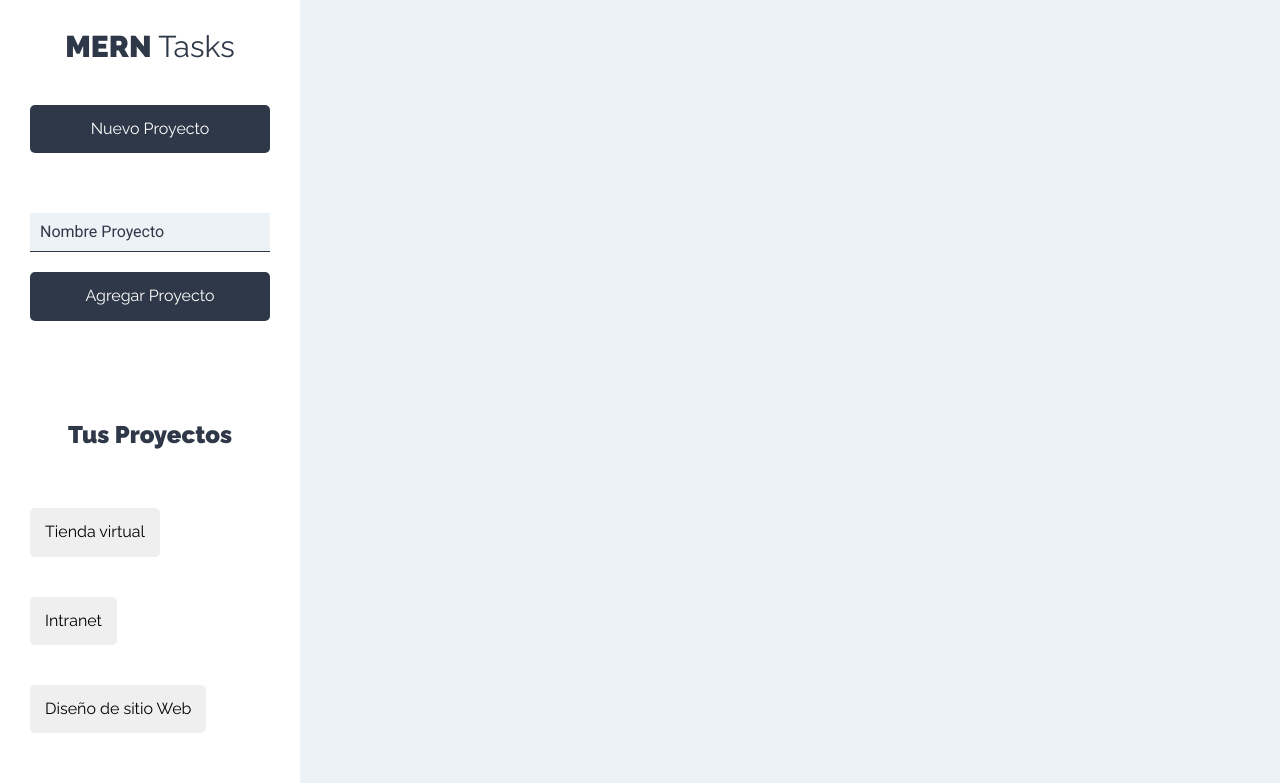
Repository: tive02/MERNTask-cliente
Page: /proyectos
The author's editor kept a copy of each file at every save. The page is drawn from the files as they stood at one save, then again after the next save.
The browser window is 1280 px wide. The pictures show the whole page.
The project was rebuilt for these pictures with package versions that can differ from the ones it lists, and the page was loaded fresh each time. Also part of the build but not shown: src/components/auth/Login.js, src/components/auth/NuevaCuenta.js.

Above is the page before, as saved 2021-03-19 21:20:20.

After the next save:
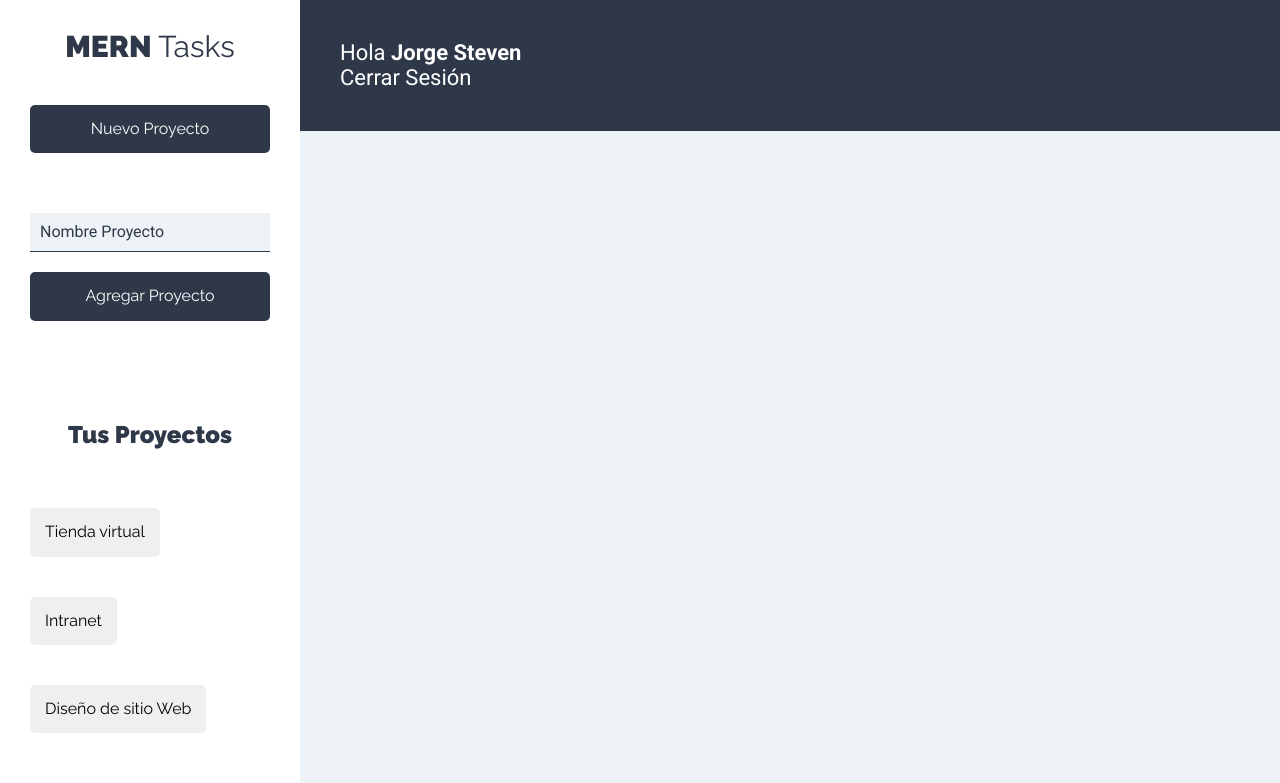
Saved 63 s later.
--- a/src/components/proyectos/Proyectos.js
+++ b/src/components/proyectos/Proyectos.js
@@ -1,4 +1,5 @@
 import React from "react";
+import Barra from "../layout/Barra";
 import Sidebar from "../layout/Sidebar";
 const Proyectos = () => {
   return (
@@ -6,6 +7,7 @@ const Proyectos = () => {
       <Sidebar />
 
       <div className="seccion-principal">
+        <Barra />
         <main>
           <div className="contenedor-tareas"></div>
         </main>
